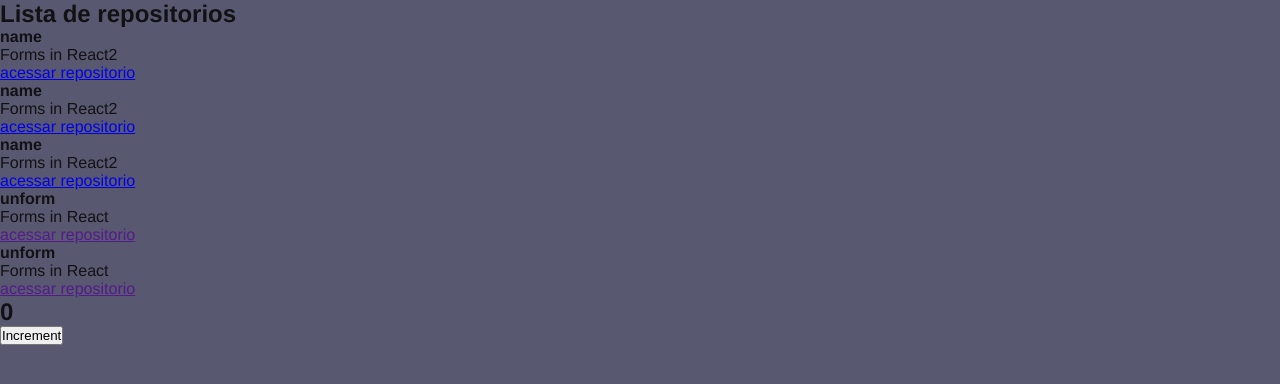
Repository: niltonmalves/01-githug-explorer
Page: /
These files come from the project's save history. The page is drawn as it stood at one moment and after the next save; the edit follows.
The browser window is 1280 px wide. The pictures show the whole page.
The project was rebuilt for these pictures with package versions that can differ from the ones it lists, and the page was loaded fresh each time. Also part of the build but not shown: webpack.config.js.

Above is the page before, as saved 2022-01-06 18:39:40.

After the next save:
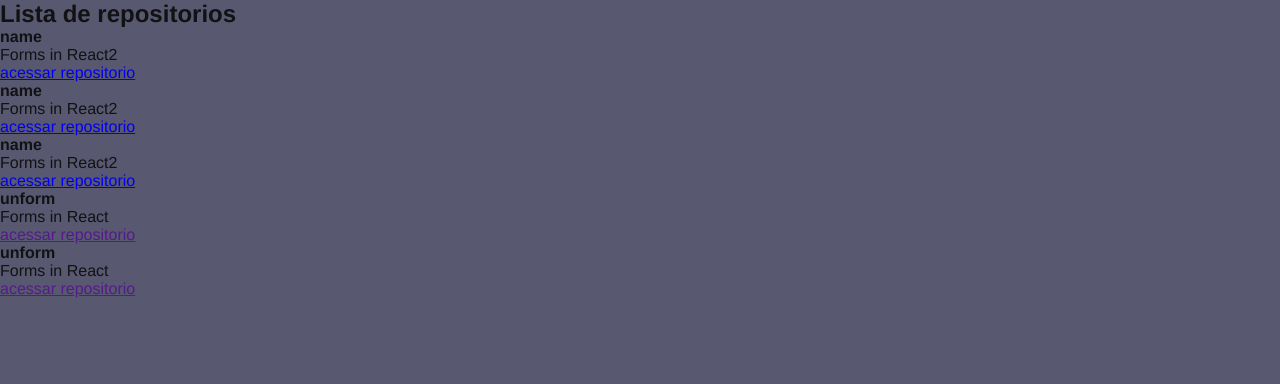
Saved 53 s later.
--- a/src/App.jsx
+++ b/src/App.jsx
@@ -6,7 +6,7 @@ export function App(){
     return (
         <>
             <RepositoryList />
-    <Counter />
+
      </>
     )
 
